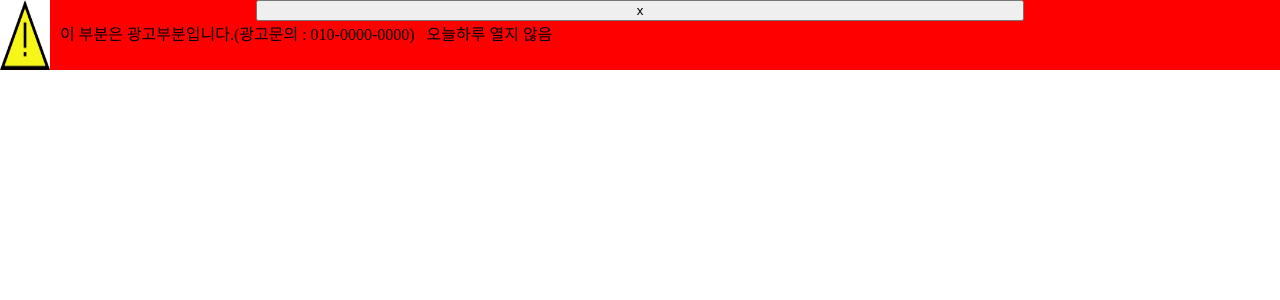
Repository: leehyeonung/myproject
Page: http://localhost/myproject/
An editor plug-in stored every save of this project. The page is shown before and after the next save, followed by the edit.
The browser window is 1280 px wide. The pictures show the whole page.
The page is served by Tomcat 9.

Above is the page before, as saved 2023-03-15 12:09:07.

After the next save:
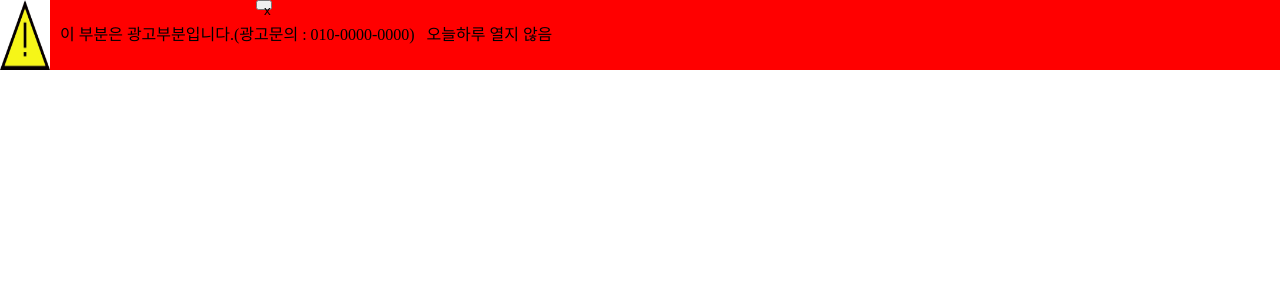
Saved 17 s later.
--- a/myproject/src/main/webapp/resources/css/header.css
+++ b/myproject/src/main/webapp/resources/css/header.css
@@ -23,6 +23,8 @@
 	padding-left: 10px;
 }
 .close_button{
+	width:10px;
+	height:10px;
 	position: fixed;
 	right: 0px;
 
